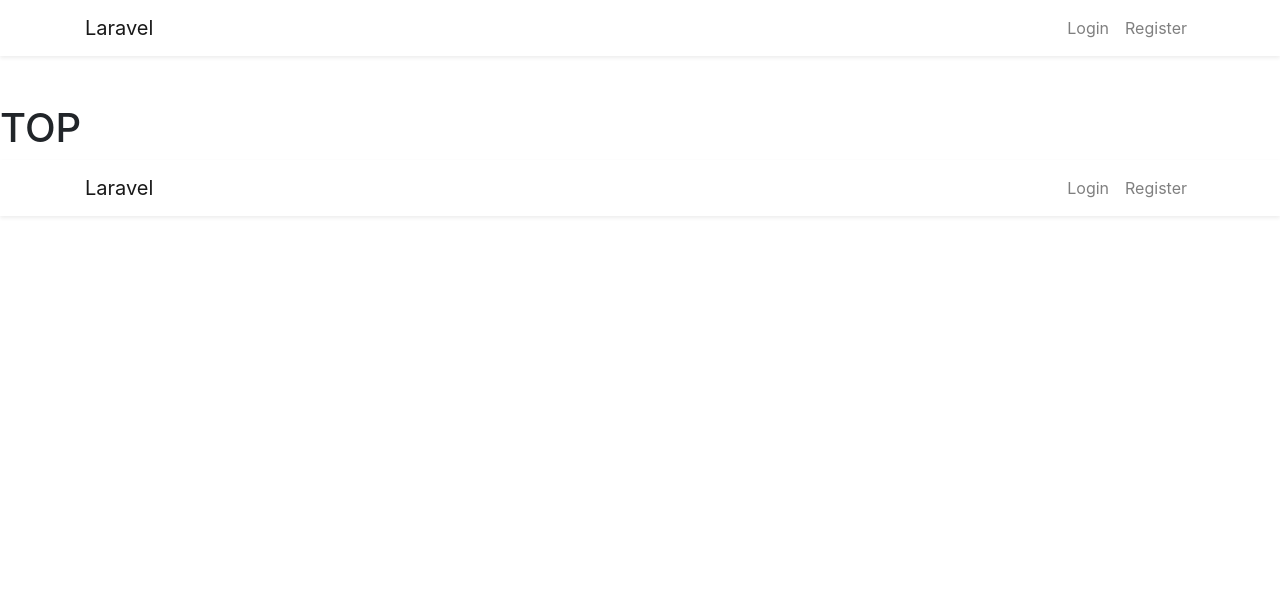
Repository: mee08/original
Page: http://localhost/
These files come from the project's save history. The page is drawn as it stood at one moment and after the next save; the edit follows.
The browser window is 1280 px wide. The pictures show the whole page.
The page is served by the project's Laravel application, run on PHP 8.4 with Laravel 8.

Above is the page before, as saved 2021-10-07 22:03:12.

After the next save:
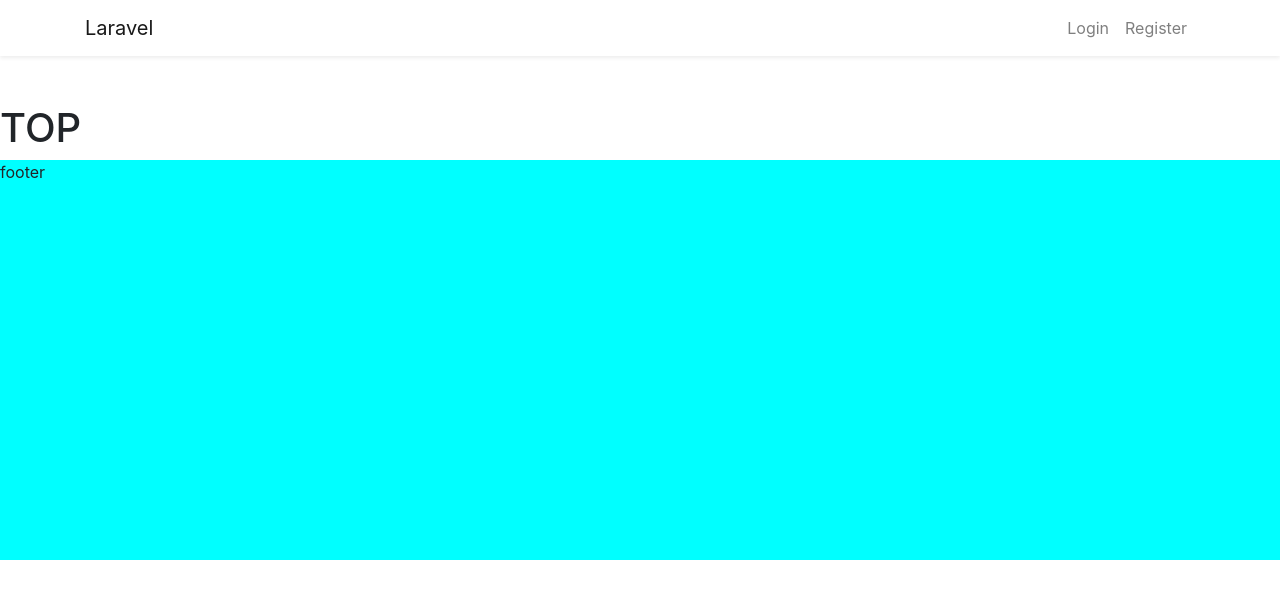
Saved 5 s later.
--- a/resources/views/layouts/base.blade.php
+++ b/resources/views/layouts/base.blade.php
@@ -20,7 +20,7 @@
 
     @include('layouts.header')
     @yield('contents')
-    @include('layouts.header')
+    @include('layouts.footer')
 
   <!-- オプションのJavaScript -->
   <!-- 最初にjQuery、次にPopper.js、次にBootstrap JS -->
